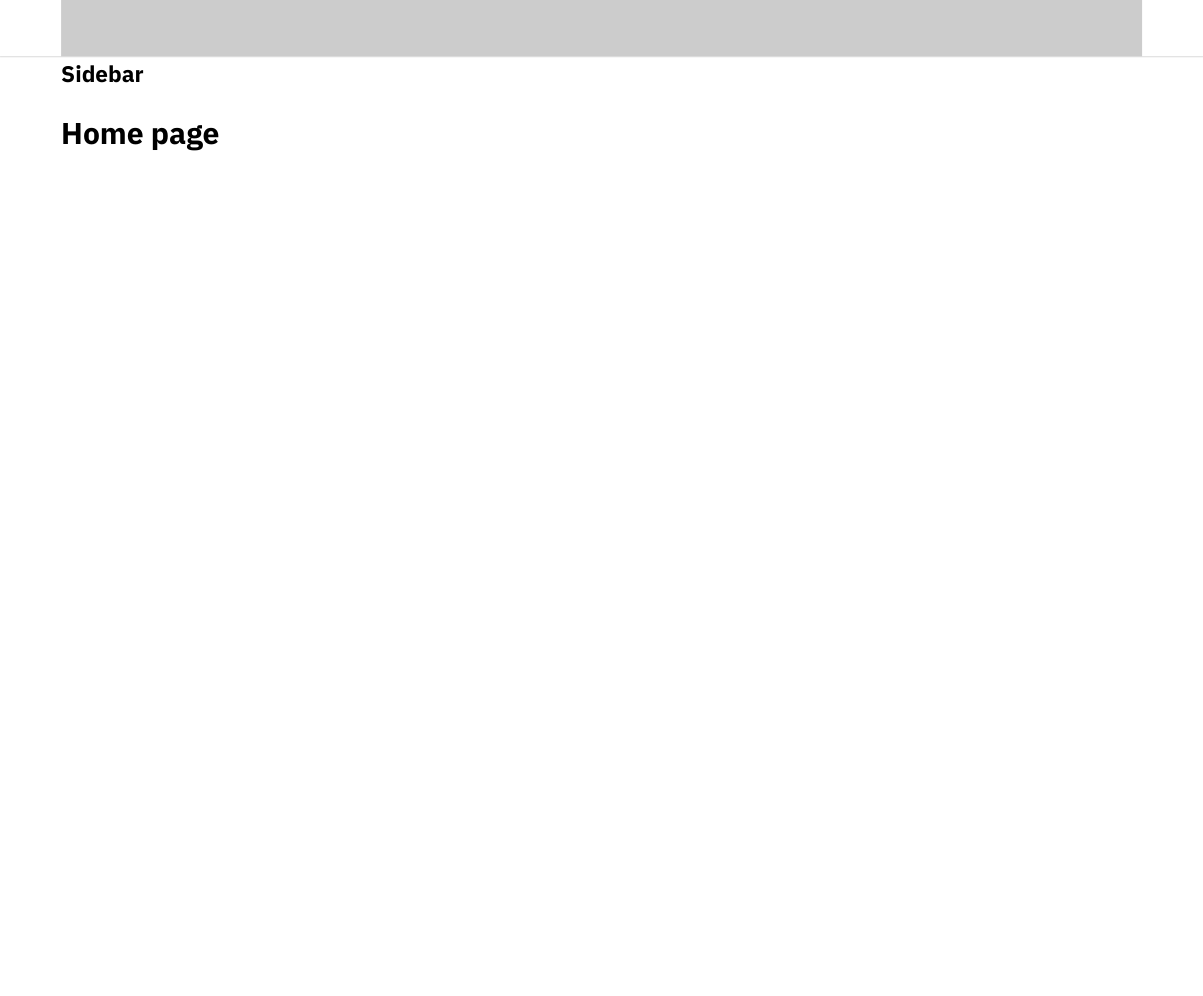
Repository: hmquandec05/tiktok-clone
Page: /
The author's editor kept a copy of each file at every save. The page is drawn from the files as they stood at one save, then again after the next save.
The browser window is 1280 px wide. The pictures show the whole page, at 94% of full size.
The project was rebuilt for these pictures with package versions that can differ from the ones it lists, and the page was loaded fresh each time. Also part of the build but not shown: src/components/Layouts/HeaderOnly/index.js, src/pages/Following/index.js, src/pages/Profile/index.js, src/pages/Search/index.js. Imported but missing from the stored project, and not drawn on this page: src/pages/Upload.

Above is the page before, as saved 2025-02-26 16:52:42.

After the next save:
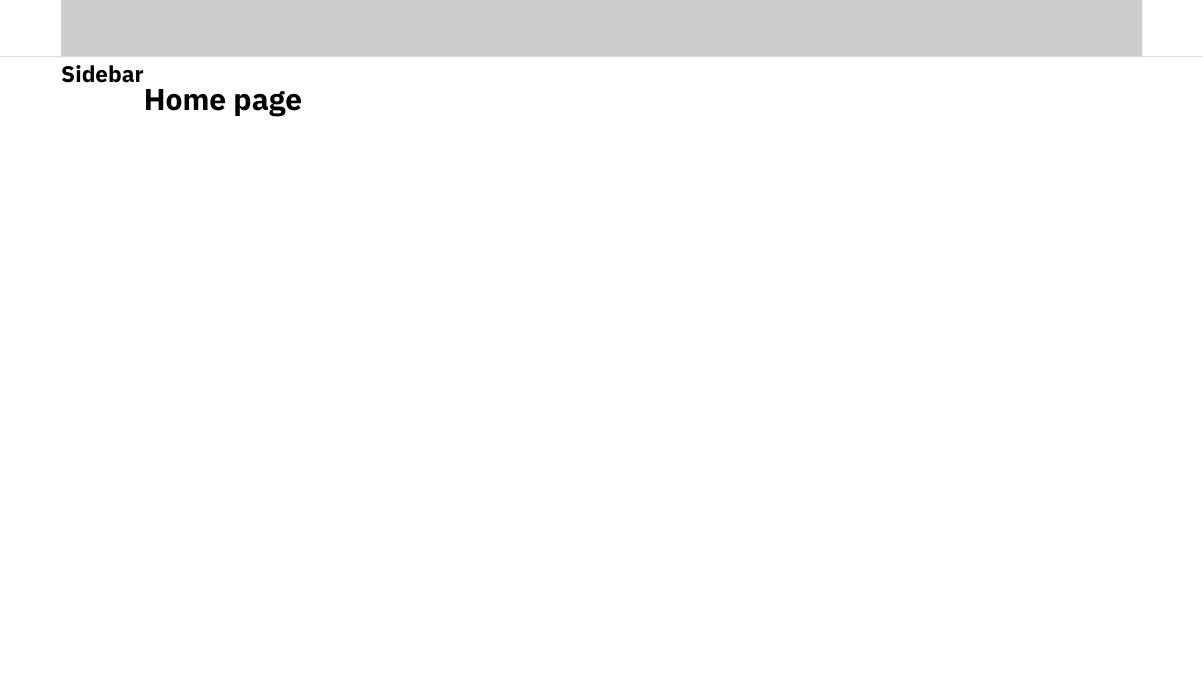
Saved 28 s later.
--- a/src/components/Layouts/DefaultLayout/DefaultLayout.module.scss
+++ b/src/components/Layouts/DefaultLayout/DefaultLayout.module.scss
@@ -6,7 +6,7 @@
 
 .container {
   width: 1150px;
-  min-height: 1000px;
+  display: flex;
 }
 
 .content {
